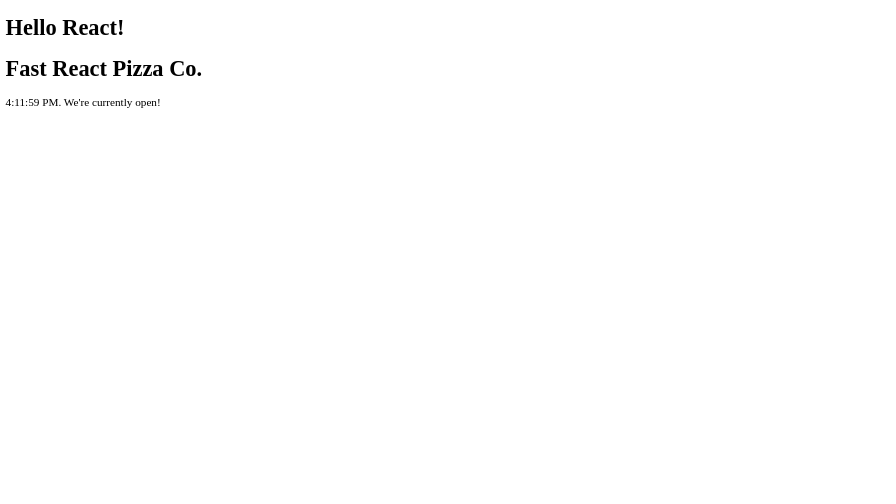
Repository: Alphosmart/03_pizza-menu
Page: /
The author's editor kept a copy of each file at every save. The page is drawn from the files as they stood at one save, then again after the next save.
The browser window is 1280 px wide. The pictures show the part of the page from y = 0 to 1920 px (the page is 720 px tall before and 2630 px after), at 70% of full size.
The project was rebuilt for these pictures with package versions that can differ from the ones it lists, and the page was loaded fresh each time.

Above is the page before, as saved 2024-05-26 17:31:38.

### src/index.js
import React from "react";
import ReactDOM from "react-dom/client";

const pizzaData = [
  {
    name: "Focaccia",
    ingredients: "Bread with italian olive oil and rosemary",
    price: 6,
    photoName: "pizzas/focaccia.jpg",
    soldOut: false,
  },
  {
    name: "Pizza Margherita",
    ingredients: "Tomato and mozarella",
    price: 10,
    photoName: "pizzas/margherita.jpg",
    soldOut: false,
  },
  {
    name: "Pizza Spinaci",
    ingredients: "Tomato, mozarella, spinach, and ricotta cheese",
    price: 12,
    photoName: "pizzas/spinaci.jpg",
    soldOut: false,
  },
  {
    name: "Pizza Funghi",
    ingredients: "Tomato, mozarella, mushrooms, and onion",
    price: 12,
    photoName: "pizzas/funghi.jpg",
    soldOut: false,
  },
  {
    name: "Pizza Salamino",
    ingredients: "Tomato, mozarella, and pepperoni",
    price: 15,
    photoName: "pizzas/salamino.jpg",
    soldOut: true,
  },
  {
    name: "Pizza Prosciutto",
    ingredients: "Tomato, mozarella, ham, aragula, and burrata cheese",
    price: 18,
    photoName: "pizzas/prosciutto.jpg",
    soldOut: false,
  },
];

function App() {
  return (
    <div>
      <h1>Hello React!</h1>
      <Header />

      <Footer />
    </div>
  );
}

function Header() {
  return <h1>Fast React Pizza Co.</h1>;
}

function Menu() {
  return (
    <div>
      <h2>Our Menu</h2>
      <Pizza />
    </div>
  );
}

function Footer() {
  return (
    <footer>{new Date().toLocaleTimeString()}. We're currently open!</footer>
  );

  // return React.createElement("footer", null, "We're currently open!");
}

function Pizza() {
  return (
    <div>
      <img src="pizzas/spinaci.jpg" alt="Pizza spinaci" />
      <h2>Pizza Spinaci</h2>
      <p>Tomato, mozarella, spinach, and ricotta cheese</p>
    </div>
  );
}

// React v18
const root = ReactDOM.createRoot(document.getElementById("root"));
root.render(
  <React.StrictMode>
    <App />
  </React.StrictMode>
); // or root.render<App />);

//React before v18
// React.render(<App />, document.getElementById("root"));

Loaded but not shown: public/index.html (common file)

After the next save:
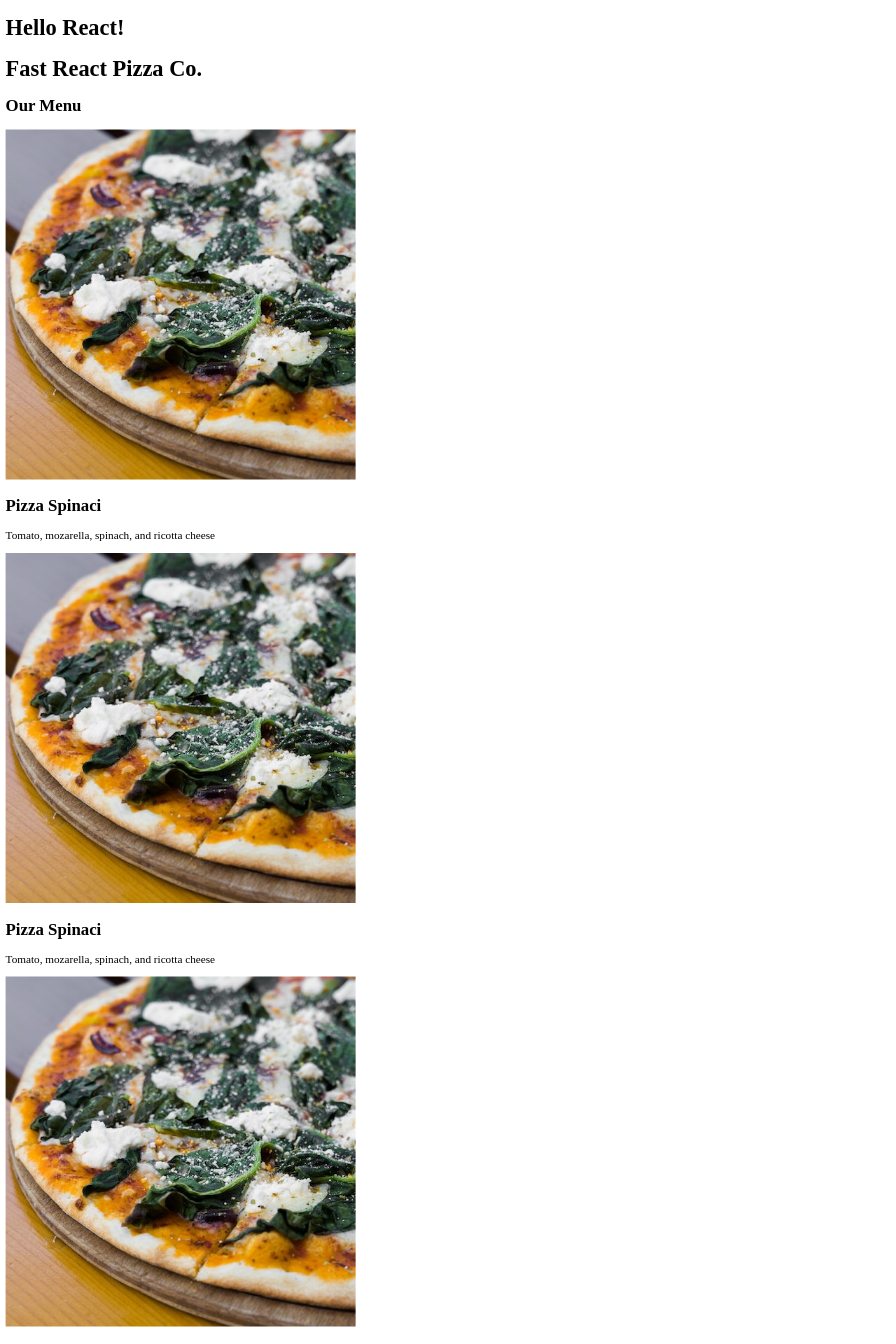
Saved 26 s later.
--- a/src/index.js
+++ b/src/index.js
@@ -51,7 +51,7 @@ function App() {
     <div>
       <h1>Hello React!</h1>
       <Header />
-
+      <Menu />
       <Footer />
     </div>
   );
@@ -65,6 +65,9 @@ function Menu() {
   return (
     <div>
       <h2>Our Menu</h2>
+      <Pizza />
+      <Pizza />
+      <Pizza />
       <Pizza />
     </div>
   );
